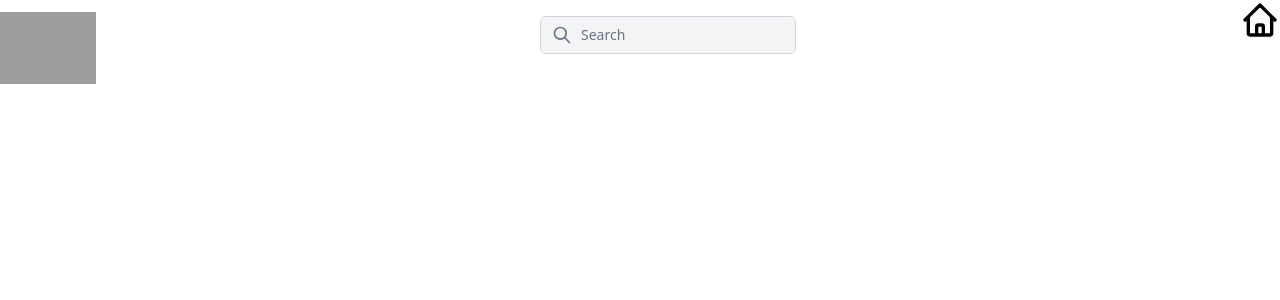
Repository: Qu4ntumGuy/insta-clone
Page: /
The author's editor kept a copy of each file at every save. The page is drawn from the files as they stood at one save, then again after the next save.
The browser window is 1280 px wide. The pictures show the whole page.
Pictures or frames that could not be fetched are drawn as grey boxes. The project was rebuilt for these pictures with package versions that can differ from the ones it lists, and the page was loaded fresh each time. The framework's server and built-in components were replaced by stand-ins that run in the browser. Also part of the build but not shown: next.config.js.

Above is the page before, as saved 2022-03-16 12:12:12.

After the next save:
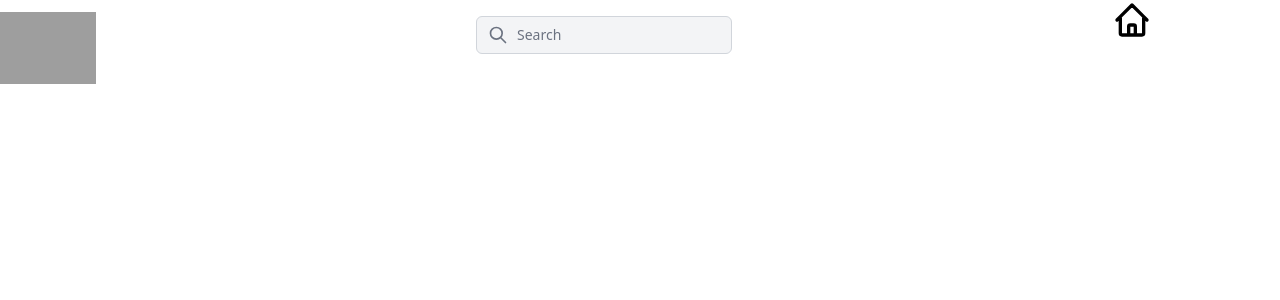
Saved 82 s later.
--- a/components/Header.js
+++ b/components/Header.js
@@ -12,7 +12,7 @@ import {
 const Header = () => {
   return (
     <div>
-      <div className="flex justify-between">
+      <div className="flex justify-between max-w-6xl">
         <div className="relative h-24 w-24 hidden lg:inline-grid">
           <Image
             src="https://logos-world.net/wp-content/uploads/2020/04/Instagram-Logo.png"
